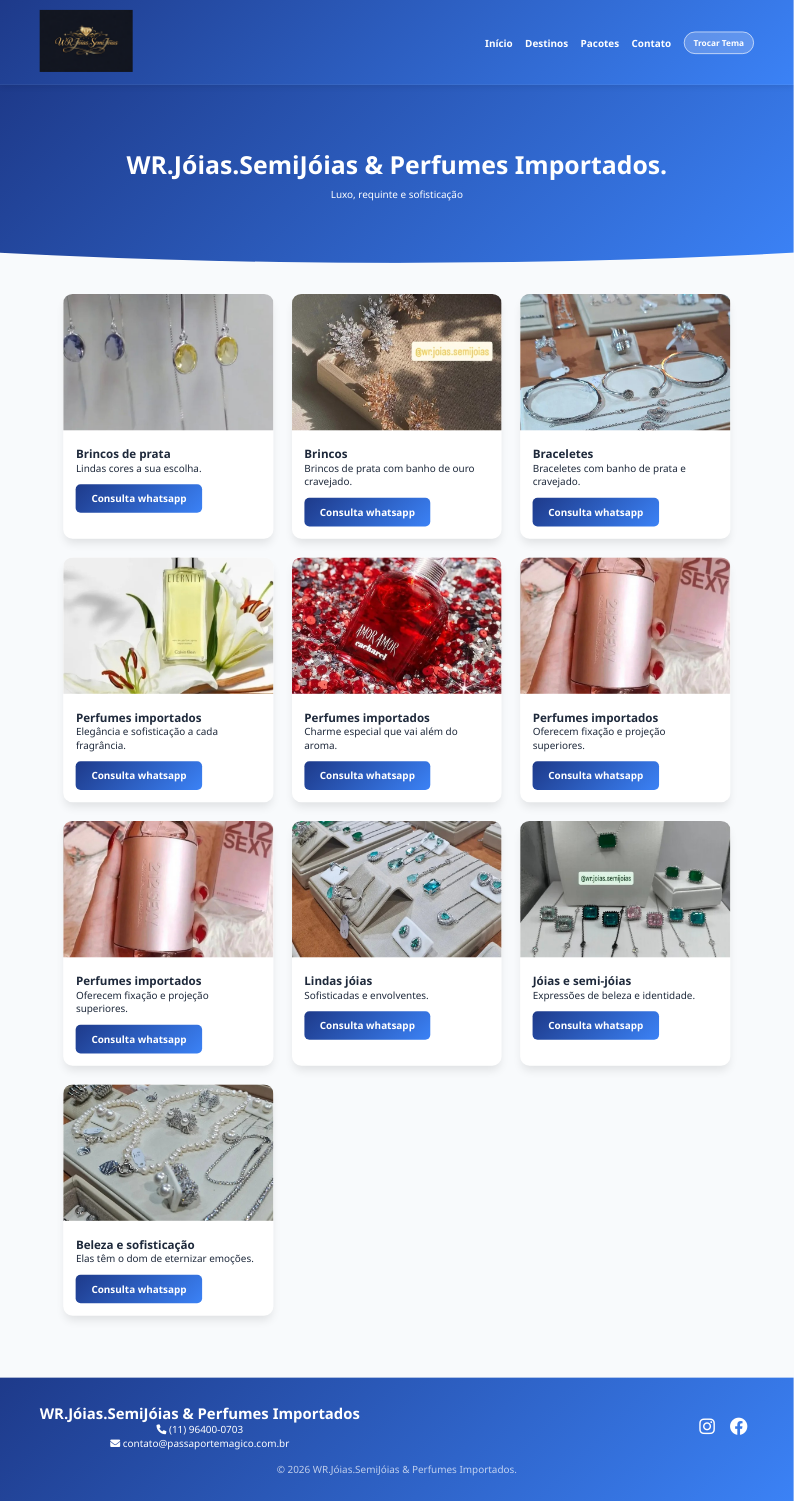
Repository: Sandro1969-tech/joias-perfumes
Page: index.html
These files come from the project's save history. The page is drawn as it stood at one moment and after the next save; the edit follows.
The browser window is 1280 px wide. The pictures show the whole page, at 62% of full size.

Above is the page before, as saved 2026-01-28 17:03:46.

### index.html
<!DOCTYPE html>
<html lang="pt-br">
<head>
    <meta charset="UTF-8">
    <meta name="viewport" content="width=device-width, initial-scale=1.0">
    <title>WR.Jóias.SemiJóias & Perfumes Importados</title>
    <link rel="stylesheet" href="https://cdnjs.cloudflare.com/ajax/libs/font-awesome/6.0.0/css/all.min.css">
    <link rel="shortcut icon" href="assets/image/icone.png" type="image/x-icon">

    <style>
        /* VARIÁVEIS DE CORES */
        :root {
            --primary-gradient: linear-gradient(135deg, #1e3a8a, #3b82f6);
            --bg-color: #f8fafc;
            --text-color: #1e293b;
            --card-bg: #ffffff;
            --accent-color: #60a5fa;
            --button-hover: #2563eb;
        }

        [data-theme="dark"] {
            --bg-color: #0f172a;
            --text-color: #f1f5f9;
            --card-bg: #1e293b;
            --accent-color: #3b82f6;
        }

        /* RESET E GERAL */
        * {
            margin: 0; padding: 0; box-sizing: border-box;
            transition: background 0.4s ease, color 0.4s ease;
            font-family: 'Segoe UI', Tahoma, sans-serif;
        }

        body {
            background-color: var(--bg-color);
            color: var(--text-color);
        }

        /* HEADER E MENU */
        header {
            background: var(--primary-gradient);
            padding: 1rem 5%;
            display: flex;
            justify-content: space-between;
            align-items: center;
            position: sticky; top: 0; z-index: 1000;
            box-shadow: 0 4px 10px rgba(0,0,0,0.1);
        }

        .logo img { height: 100px; }

        .nav-container { display: flex; align-items: center; gap: 20px; }

        .nav-links { display: flex; list-style: none; gap: 20px; }

        .nav-links a {
            color: white; text-decoration: none; font-weight: bold;
            transition: 0.3s;
        }
        .nav-links a:hover { color: var(--accent-color); padding-left: 5px; }

        /* BOTÃO TEMA */
        #theme-toggle {
            background: rgba(255,255,255,0.2);
            border: 1px solid white;
            color: white;
            padding: 8px 15px;
            border-radius: 20px;
            cursor: pointer;
            font-weight: bold;
        }

        /* HERO SECTION */
        .hero {
            text-align: center;
            padding: 100px 20px;
            background: var(--primary-gradient);
            color: white;
            clip-path: ellipse(150% 100% at 50% 0%);
        }

        .hero h1 { font-size: 2.5rem; margin-bottom: 10px; }

        /* GRID DE 3 COLUNAS (CORRIGIDO) */
        .destinos-container {
            display: grid;
            grid-template-columns: repeat(3, 1fr); /* 3 colunas fixas no desktop */
            gap: 30px;
            padding: 50px 8%;
            max-width: 1400px;
            margin: 0 auto;
        }

        .card {
            background: var(--card-bg);
            border-radius: 15px;
            overflow: hidden;
            box-shadow: 0 10px 15px -3px rgba(0,0,0,0.1);
            transition: transform 0.3s ease;
        }

        .card:hover { transform: translateY(-10px); }

        .card img { width: 100%; height: 220px; object-fit: cover; }

        .card-content { padding: 20px; }

        /* BOTÕES COM MOVIMENTO SUAVE (CORRIGIDO) */
        .btn-reserva {
            display: inline-block;
            margin-top: 15px;
            padding: 12px 25px;
            background: var(--primary-gradient);
            color: white;
            text-decoration: none;
            border-radius: 8px;
            font-weight: bold;
            transition: all 0.4s cubic-bezier(0.175, 0.885, 0.32, 1.275);
        }

        .btn-reserva:hover {
            background: var(--button-hover);
            transform: scale(1.05) translateX(10px); /* Movimenta para o lado suavemente */
            box-shadow: 0 5px 15px rgba(59, 130, 246, 0.4);
        }

        /* RODAPÉ */
        footer {
            background: var(--primary-gradient);
            color: white;
            padding: 40px 5%;
            text-align: center;
            margin-top: 50px;
        }

        .footer-content {
            display: flex; justify-content: space-between;
            align-items: center; flex-wrap: wrap; gap: 20px;
        }

        .social-icon {
            color: white; font-size: 1.8rem; margin: 0 10px;
            transition: 0.4s; display: inline-block;
        }
        .social-icon:hover { transform: translateY(-8px); color: var(--accent-color); }

        /* RESPONSIVIDADE */
        @media (max-width: 1024px) { .destinos-container { grid-template-columns: repeat(2, 1fr); } }
        @media (max-width: 768px) {
            .destinos-container { grid-template-columns: 1fr; }
            .nav-links { display: none; } /* Simplificado para focar no erro anterior */
        }
    </style>
</head>
<body>

    <header>
        <div class="logo">
            <img src="assets/image/logo.png" alt="Passaporte Mágico">
        </div>
        <nav class="nav-container">
            <ul class="nav-links">
                <li><a href="#">Início</a></li>
                <li><a href="#">Destinos</a></li>
                <li><a href="#">Pacotes</a></li>
                <li><a href="#">Contato</a></li>
            </ul>
            <button id="theme-toggle">Trocar Tema</button>
        </nav>
    </header>

    <section class="hero">
        <h1>WR.Jóias.SemiJóias & Perfumes Importados.</h1>
        <p>Luxo, requinte e sofisticação</p>
    </section>

    <main class="destinos-container">
        <div class="card">
            <img src="assets/image/joia1.png" alt="Brincos">
            <div class="card-content">
                <h3>Brincos de prata</h3>
                <p>Lindas cores a sua escolha.</p>
                <a href="#" class="btn-reserva">Consulta whatsapp</a>
            </div>
        </div>
        <div class="card">
            <img src="assets/image/joia4.png" alt="Brincos">
            <div class="card-content">
                <h3>Brincos</h3>
                <p>Brincos de prata com banho de ouro cravejado.</p>
                <a href="#" class="btn-reserva">Consulta whatsapp</a>
            </div>
        </div>
        <div class="card">
            <img src="assets/image/joia5.png" alt="Bracelete">
            <div class="card-content">
                <h3>Braceletes</h3>
                <p>Braceletes com banho de prata e cravejado.</p>
                <a href="#" class="btn-reserva">Consulta whatsapp</a>
            </div>
        </div>
        <div class="card">
            <img src="assets/image/eternity.png" alt="Perfume">
            <div class="card-content">
                <h3>Perfumes importados</h3>
                <p>Elegância e sofisticação a cada fragrância.</p>
                <a href="#" class="btn-reserva">Consulta whatsapp</a>
            </div>
        </div>
        <div class="card">
            <img src="assets/image/cacharrel.png" alt="Perfume">
            <div class="card-content">
                <h3>Perfumes importados</h3>
                <p>Charme especial que vai além do aroma.</p>
                <a href="#" class="btn-reserva">Consulta whatsapp</a>
            </div>
        </div>
        <div class="card">
            <img src="assets/image/sexy.png" alt="Perfume">
            <div class="card-content">
                <h3>Perfumes importados</h3>
                <p>Oferecem fixação e projeção superiores.</p>
                <a href="#" class="btn-reserva">Consulta whatsapp</a>
            </div>
                        </div>

<div class="card">
    <img src="assets/image/sexy.png" alt="Perfume">
    <div class="card-content">
        <h3>Perfumes importados</h3>
        <p>Oferecem fixação e projeção superiores.</p>
        <a href="#" class="btn-reserva">Consulta whatsapp</a>
    </div>
</div>

<div class="card">
    <img src="assets/image/joia7.png" alt="joias">
    <div class="card-content">
        <h3>Lindas jóias</h3>
        <p>Sofisticadas e envolventes.</p>
        <a href="#" class="btn-reserva">Consulta whatsapp</a>
    </div>
</div>

<div class="card">
    <img src="assets/image/joia8.png" alt="joias">
    <div class="card-content">
        <h3>Jóias e semi-jóias</h3>
        <p>Expressões de beleza e identidade.</p>
        <a href="#" class="btn-reserva">Consulta whatsapp</a>
    </div>
</div>

<div class="card">
    <img src="assets/image/perola.png" alt="joias">
    <div class="card-content">
        <h3>Beleza e sofisticação</h3>
        <p>Elas têm o dom de eternizar emoções.</p>
        <a href="#" class="btn-reserva">Consulta whatsapp</a>
    </div>
</div>
    </main>

    <footer>
        <div class="footer-content">
            <div class="footer-info">
                <h2>WR.Jóias.SemiJóias & Perfumes Importados</h2>
                <p><i class="fas fa-phone"></i> (11) 96400-0703</p>
                <p><i class="fas fa-envelope"></i> contato@passaportemagico.com.br</p>
            </div>
            <div class="footer-socials">
                <a href="#" class="social-icon"><i class="fab fa-instagram"></i></a>
                <a href="#" class="social-icon"><i class="fab fa-facebook"></i></a>
            </div>
        </div>
        <p style="margin-top:20px; opacity:0.7;">&copy; 2026 WR.Jóias.SemiJóias & Perfumes Importados.</p>
    </footer>

    <script>
        const themeBtn = document.getElementById('theme-toggle');
        const body = document.body;

        themeBtn.onclick = () => {
            if (body.hasAttribute('data-theme')) {
                body.removeAttribute('data-theme');
                localStorage.setItem('theme', 'light');
                themeBtn.innerText = "Trocar Tema";
            } else {
                body.setAttribute('data-theme', 'dark');
                localStorage.setItem('theme', 'dark');
                themeBtn.innerText = "Modo Claro";
            }
        };

        // Verifica preferência salva
        if (localStorage.getItem('theme') === 'dark') {
            body.setAttribute('data-theme', 'dark');
            themeBtn.innerText = "Modo Claro";
        }
    </script>
</body>
</html>

After the next save:
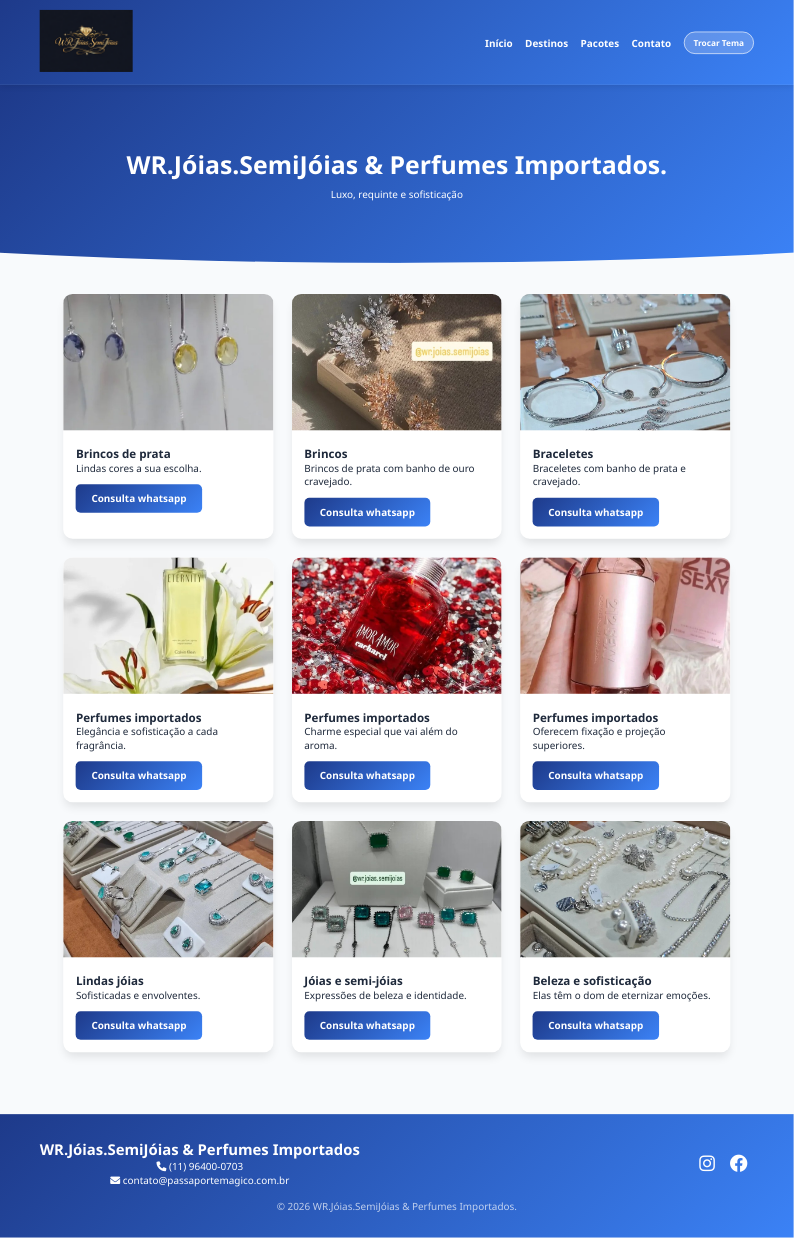
Saved 3 min 26 s later.
--- a/index.html
+++ b/index.html
@@ -225,14 +225,6 @@
             </div>
                         </div>
 
-<div class="card">
-    <img src="assets/image/sexy.png" alt="Perfume">
-    <div class="card-content">
-        <h3>Perfumes importados</h3>
-        <p>Oferecem fixação e projeção superiores.</p>
-        <a href="#" class="btn-reserva">Consulta whatsapp</a>
-    </div>
-</div>
 
 <div class="card">
     <img src="assets/image/joia7.png" alt="joias">
